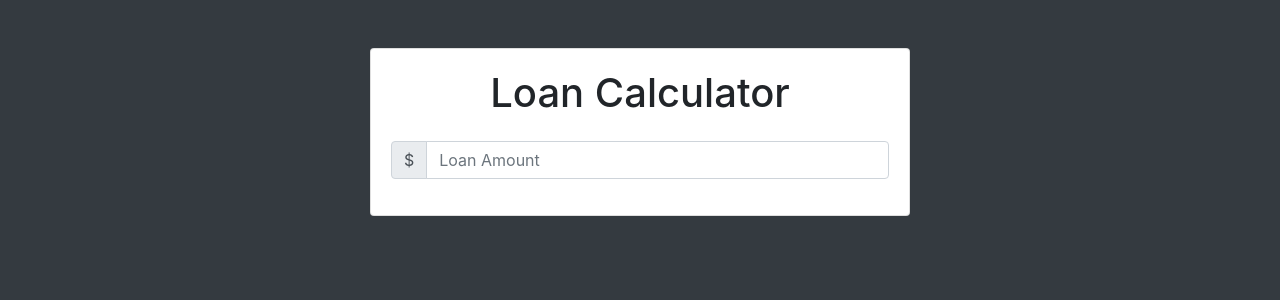
Repository: varun-project/LearningJs
Page: index.html
An editor plug-in stored every save of this project. The page is shown before and after the next save, followed by the edit.
The browser window is 1280 px wide. The pictures show the whole page.

Above is the page before, as saved 2019-07-28 16:59:15.

### index.html
<!DOCTYPE html>
<html lang="en">
  <head>
    <!-- Required meta tags -->
    <meta charset="utf-8" />
    <meta
      name="viewport"
      content="width=device-width, initial-scale=1, shrink-to-fit=no"
    />

    <!-- Bootstrap CSS -->
    <link
      rel="stylesheet"
      href="https://stackpath.bootstrapcdn.com/bootstrap/4.3.1/css/bootstrap.min.css"
      integrity="sha384-ggOyR0iXCbMQv3Xipma34MD+dH/1fQ784/j6cY/iJTQUOhcWr7x9JvoRxT2MZw1T"
      crossorigin="anonymous"
    />

    <title>Hello, world!</title>
  </head>
  <body class="bg-dark">
    <div class="container">
      <div class="row">
        <div class="col-md-6 mx-auto">
          <div class="card card-body text-center mt-5">
            <h1 class="heading display-5 pb-3">Loan Calculator</h1>
            <form id="loan-form">
              <div class="form-group">
                <div class="input-group">
                  <div class="input-group-prepend">
                    <div class="input-group-text">$</div>
                  </div>
                  <input
                    type="number"
                    class="form-control"
                    id="amount"
                    placeholder="Loan Amount"
                  />
                </div>
              </div>

            </form>
          </div>
        </div>
      </div>
    </div>

    <!-- Optional JavaScript -->
    <!-- jQuery first, then Popper.js, then Bootstrap JS -->
    <script
      src="https://code.jquery.com/jquery-3.3.1.slim.min.js"
      integrity="sha384-q8i/X+965DzO0rT7abK41JStQIAqVgRVzpbzo5smXKp4YfRvH+8abtTE1Pi6jizo"
      crossorigin="anonymous"
    ></script>
    <script
      src="https://cdnjs.cloudflare.com/ajax/libs/popper.js/1.14.7/umd/popper.min.js"
      integrity="sha384-UO2eT0CpHqdSJQ6hJty5KVphtPhzWj9WO1clHTMGa3JDZwrnQq4sF86dIHNDz0W1"
      crossorigin="anonymous"
    ></script>
    <script
      src="https://stackpath.bootstrapcdn.com/bootstrap/4.3.1/js/bootstrap.min.js"
      integrity="sha384-JjSmVgyd0p3pXB1rRibZUAYoIIy6OrQ6VrjIEaFf/nJGzIxFDsf4x0xIM+B07jRM"
      crossorigin="anonymous"
    ></script>
  </body>
</html>

After the next save:
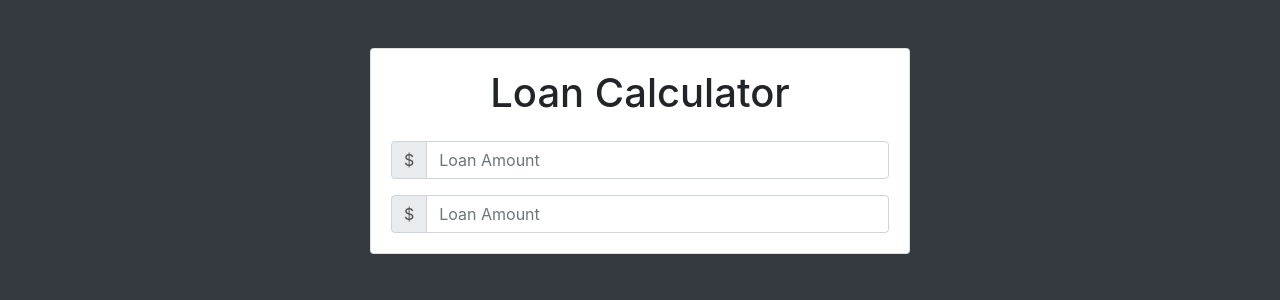
Saved 16 s later.
--- a/index.html
+++ b/index.html
@@ -38,6 +38,18 @@
                   />
                 </div>
               </div>
+              <div class="input-group">
+                  <div class="input-group-prepend">
+                    <div class="input-group-text">$</div>
+                  </div>
+                  <input
+                    type="number"
+                    class="form-control"
+                    id="amount"
+                    placeholder="Loan Amount"
+                  />
+                </div>
+              </div>
 
             </form>
           </div>
